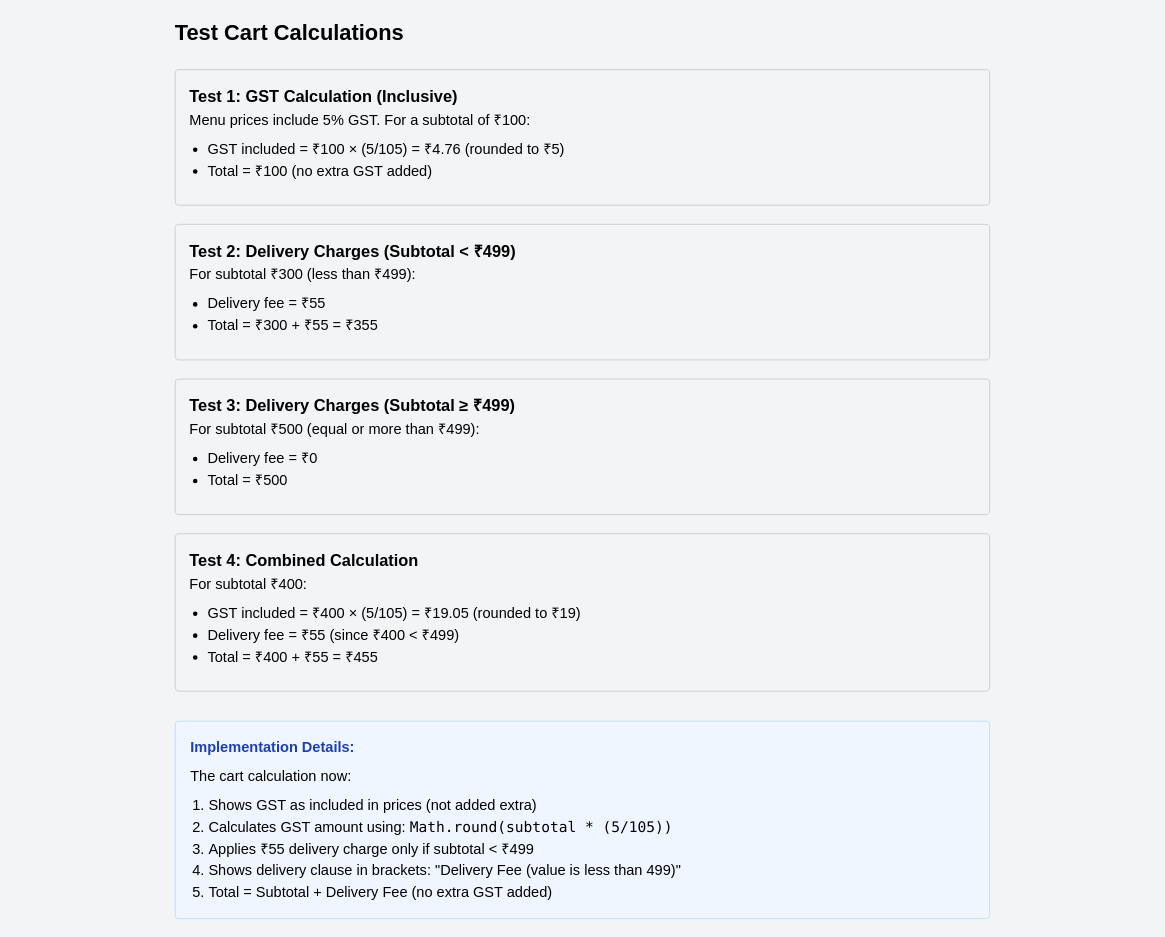
Repository: roydigital/DCB-Finaly-30-Novemeber
Page: test_cart_calculations.html
These files come from the project's save history. The page is drawn as it stood at one moment and after a run of saves; the edit follows.
The browser window is 1280 px wide. The pictures show the whole page, at 91% of full size.
Some web libraries are served in a nearby version.

Above is the page before, as saved 2025-12-03 15:12:21.

After the next 2 saves:
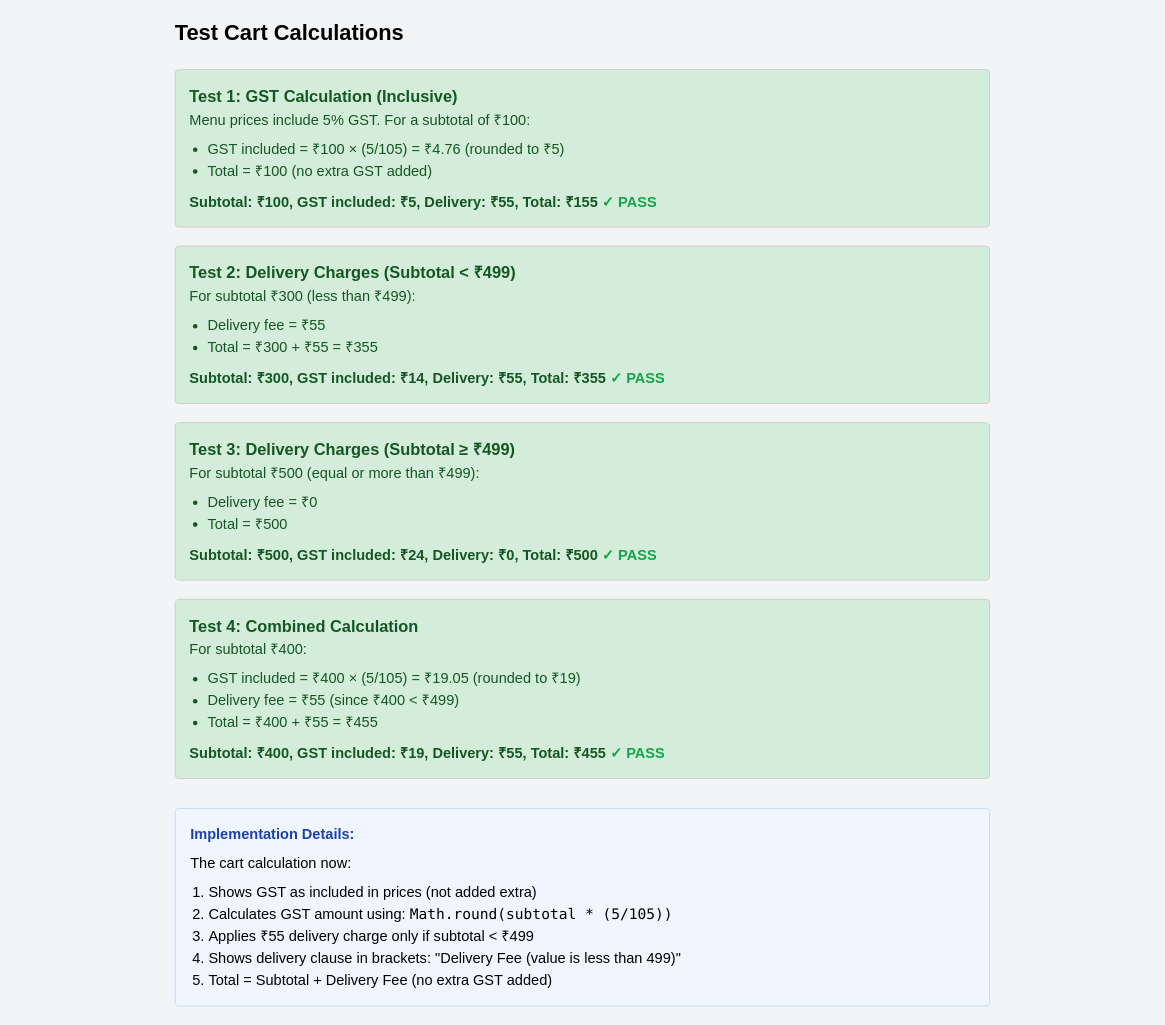
The 2 saves are shown as one change because they came seconds apart.
The last was saved 8 s later.
--- a/test_cart_calculations.html
+++ b/test_cart_calculations.html
@@ -138,3 +138,18 @@
 
             document.getElementById('test4-result').innerHTML =
                 `Subtotal: ₹${test4Subtotal}, GST included: ₹${test4GST}, Delivery: ₹${test4Delivery}, Total: ₹${test4Total} ` +
+                `<span class="${test4Pass ? 'text-green-600' : 'text-red-600'}">${test4Pass ? '✓ PASS' : '✗ FAIL'}</span>`;
+
+            // Update test case backgrounds
+            const testCases = document.querySelectorAll('.test-case');
+            testCases[0].classList.add(test1Pass ? 'pass' : 'fail');
+            testCases[1].classList.add(test2Pass ? 'pass' : 'fail');
+            testCases[2].classList.add(test3Pass ? 'pass' : 'fail');
+            testCases[3].classList.add(test4Pass ? 'pass' : 'fail');
+        }
+
+        // Run tests when page loads
+        document.addEventListener('DOMContentLoaded', runTests);
+    </script>
+</body>
+</html>
